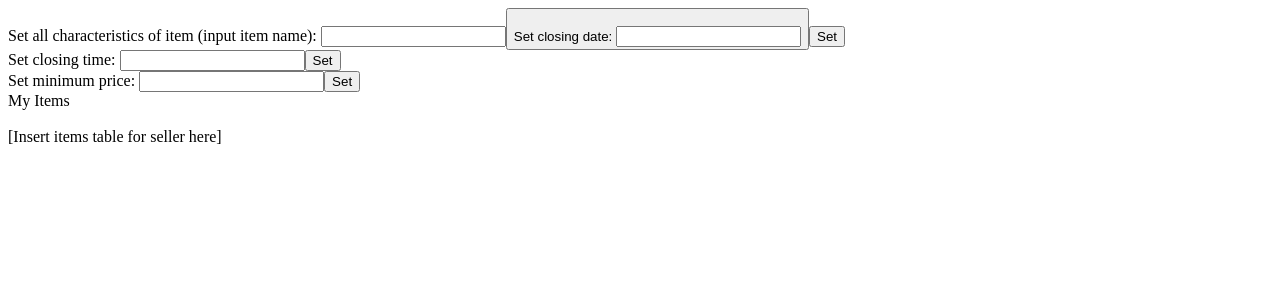
Repository: divergentArrow/Databases
Page: http://localhost/cs336project/seller.jsp
An editor plug-in stored every save of this project. The page is shown before and after the next save, followed by the edit.
The browser window is 1280 px wide. The pictures show the whole page.
The page is served by Tomcat 9. Other server files are loaded and not shown.

Above is the page before, as saved 2019-04-14 20:49:28.

### cs336project/WebContent/seller.jsp
<%@ page language="java" contentType="text/html; charset=ISO-8859-1"
    pageEncoding="ISO-8859-1"%>
<!DOCTYPE html>
<html>

<head>
<meta charset="ISO-8859-1">
<title>Sell</title>
</head>

<body>
	<div>
		Set all characteristics of item (input item name): <input type="text" name="item"><button type="button" id="setCharacteristicsButton"><br>
		Set closing date: <input type="text" id="cdate"><button type="button" id="setDateButton">Set</button><br>
		Set closing time: <input type="text" id="ctime"><button type="button" id="setTimeButton">Set</button><br>
		Set minimum price: <input type="text" id="minPrice"><button type="button" id="setMinPriceButton">Set</button><br>
	</div>
	<div>
		My Items
		<br></br>
		[Insert items table for seller here]
		<%--<%= cs336project.Seller.test() %>--%>
	</div>
</body>

</html>

After the next save:
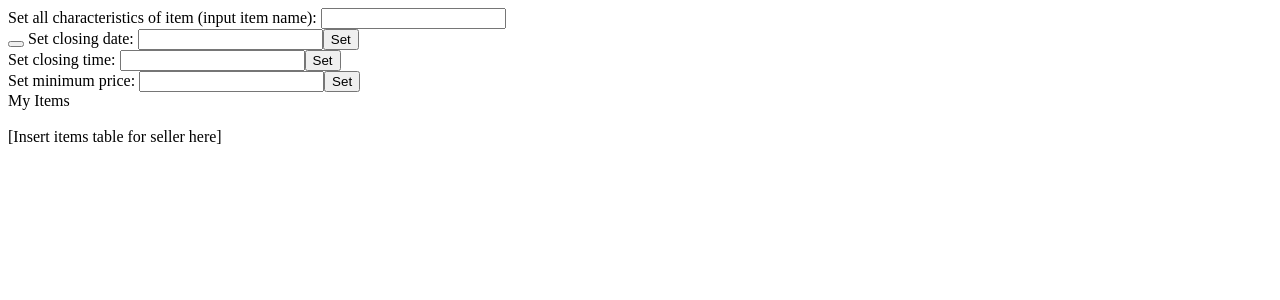
Saved 10 min 10 s later.
--- a/cs336project/WebContent/seller.jsp
+++ b/cs336project/WebContent/seller.jsp
@@ -10,7 +10,7 @@
 
 <body>
 	<div>
-		Set all characteristics of item (input item name): <input type="text" name="item"><button type="button" id="setCharacteristicsButton"><br>
+		Set all characteristics of item (input item name): <input type="text" name="item"><br><button type="button" id="setCharacteristicsButton"></button>
 		Set closing date: <input type="text" id="cdate"><button type="button" id="setDateButton">Set</button><br>
 		Set closing time: <input type="text" id="ctime"><button type="button" id="setTimeButton">Set</button><br>
 		Set minimum price: <input type="text" id="minPrice"><button type="button" id="setMinPriceButton">Set</button><br>
